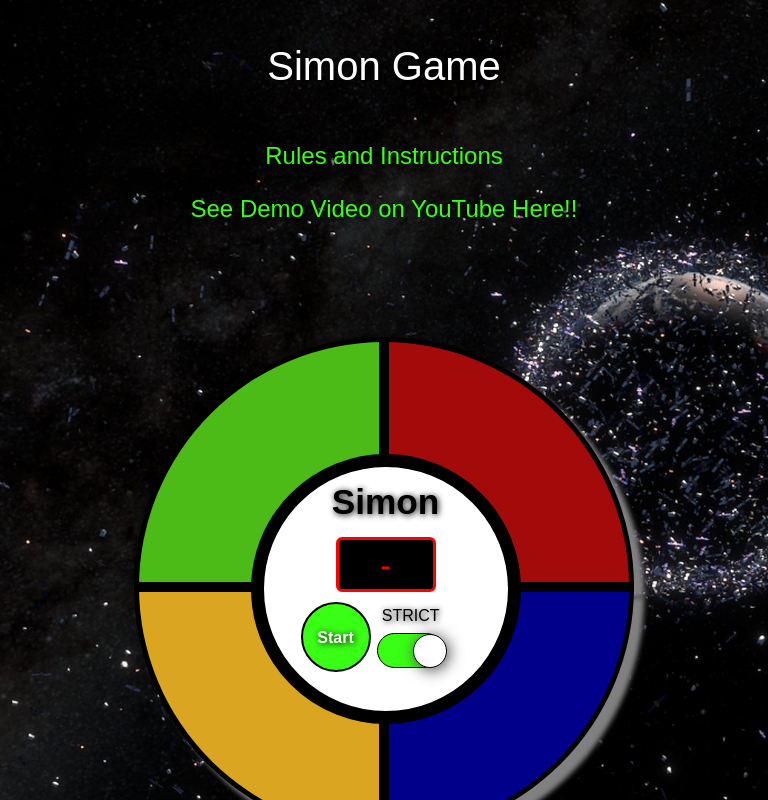
Repository: cgaynor91/Simon-Memory-Game
Page: index.html
The author's editor kept a record of every edit. The page is drawn from the files as they stood at one moment, then again after the next edit.
The browser window is 768 px wide. The pictures show the whole page.
An inner scrolling area shows only its first screen. Some web fonts or font styles are not loaded; a fallback is used.

Above is the page before.

### index.html
<!DOCTYPE html>
<html lang="en">

<head>
  <meta charset="UTF-8">
  <meta name="viewport" content="width=device-width, initial-scale=1.0">
  <meta http-equiv="X-UA-Compatible" content="ie=edge">
  <title>Simon Memory Game</title>

  <!-- Style sheets -->
  <link rel="stylesheet" href="https://stackpath.bootstrapcdn.com/bootstrap/4.3.1/css/bootstrap.min.css">
  <link href="https://fonts.googleapis.com/css?family=Fascinate+Inline&display=swap" rel="stylesheet" type="text/css">
  <link class="favicon" rel="icon" href="assets/images/favicon.ico" type="image/ico">

  <link rel="stylesheet" href="assets/css/style.css">

</head>


<body>
  <!-- Main Container -->

  <div class="container-fluid header">
    <!--main container-->
    <div class="row">
      <div class="col">
        <h1 class="m-4 py-2">Simon Game</h1>
      </div>
    </div>


    <!-- Button trigger modal - adapted from getbootstrap.com -->
    <button type="button" class="btn btn-modal" data-toggle="modal" data-target="#exampleModal">
  Rules and Instructions
</button>

    <!-- Modal -->
    <div class="modal fade" id="exampleModal" tabindex="-1" role="dialog" aria-labelledby="exampleModalLabel" aria-hidden="true">
      <div class="modal-dialog" role="document">
        <div class="modal-content">
          <div class="modal-header px-0 pl-4">
            <h3 class="modal-title" id="ModalLabel">Rules & Instructions</h3>
            <button type="button" class="close" data-dismiss="modal" aria-label="Close">
          <span aria-hidden="true">&times;</span>
        </button>
          </div>
          <div class="modal-body">
            <p class="text-center"> Think fast... SIMON says, "Chase my flashing lights and sounds"!</p> <br> The challenge is to repeat the ever-increasing random signals that SIMON generates.<br>
            <h4 class="text-center"> How To Play?</h4><br> 1. Press green START button; SIMON will give the first signal.<br> 2. Repeat the signal by pressing the same pad.<br> 3. SIMON will duplicate the first signal and will add one.<br> 4. Repeat these two signals by pressing
            the same colour pads.<br> 5. SIMON will duplicate these first two signals and add one.<br> 6. You must reach 20 to win.<br><br>

            <h4 class="text-center"> Strict Mode</h4><br> When Strict mode is selected you cannot get your sequence wrong at any point or your game will be reset back to the start

          </div>
          <div class="modal-footer">
            <button type="button" class="btn btn-modal" data-dismiss="modal">Close</button>
          </div>
        </div>
      </div>
    </div>

    <div class="row">
      <div class="rules-col col">
        <a href="https://www.youtube.com/watch?v=1Yqj76Q4jJ4" target="_blank">See Demo Video on YouTube Here!!</a>
      </div>
    </div>

    <!-- will hold the simon board -->
    <div class="container-fluid outer-circle">
      <div class="row">
        <div class="col simon-board">
          <div class="pads">
            <div id="greenpad" class="pad green-pad"></div>
            <div id="redpad" class="pad red-pad"></div>
            <div id="yellowpad" class="pad yellow-pad"></div>
            <div id="bluepad" class="pad blue-pad"></div>
          </div>

          <!-- inner -circle of board containg number counter and switches -->

          <div class="inner-circle">
            <div class="label">Simon</div>
            <div id="turn" class="display">-</div>
            <div id="start" class="start-button">Start</div>
            <div class="container strict">
              <div class="strict-label">
                <p>STRICT</p>
                <div class="strict-switch">
                  <input type="checkbox" id="strict" class="toggle" checked/>
                </div>
              </div>
            </div>
          </div>
        </div>
      </div>
    </div>
  </div>

  <div class="container-fluid footer">
    <div class="row justify-content-center">
      <p>Website created by Claire Gaynor &copy;
        <br> For educational purposes only.</p>
    </div>
  </div>

  <!-- Audio Clips -->
  <audio id="sound-green" src="assets/sounds/green.mp3"></audio>
  <audio id="sound-red" src="assets/sounds/red.mp3"></audio>
  <audio id="sound-yellow" src="assets/sounds/yellow.mp3"></audio>
  <audio id="sound-blue" src="assets/sounds/blue.mp3"></audio>
  <audio id="game-win" src="assets/sounds/game-win.wav"></audio>
  <audio id="game-over" src="assets/sounds/game-over.wav"></audio>



  <!-- Scripts located at the bottom of the body to ensure quick page loading -->
  <script src="https://cdnjs.cloudflare.com/ajax/libs/jquery/3.4.1/jquery.slim.min.js"></script>
  <script src="https://ajax.googleapis.com/ajax/libs/jquery/3.3.1/jquery.min.js"></script>
  <script src="https://cdnjs.cloudflare.com/ajax/libs/popper.js/1.15.0/umd/popper.min.js"></script>
  <script src="https://stackpath.bootstrapcdn.com/bootstrap/4.3.1/js/bootstrap.min.js"></script>
  <script src="assets/js/script.js"></script>



</body>

</html>

### assets/css/style.css
@import url('https://fonts.googleapis.com/css?family=Fascinate+Inline:100,200,300,400,500,600,700');


html,

body {
  width: 100%;
  height: 100%;
  margin: 0;
  padding: 0;
  overflow-x: hidden;
  background-image: url("../images/bgimage.jpg");
  background-color: #161677;
  background-size: cover;
  font-family: 'Fascinate inline', sans-serif;
  text-shadow: 1px 1px 6px #000000;
}

.row {
  text-align: center;
  padding: 10px;
  margin: 0;
  width: 100%;
  height: 100%;
}

a {
  color: #39ff14;
  padding-top: 5px;
  font-size: 1.5em;
}

a:hover {
  color: #fff;
  text-decoration: none;
}

.rules-col {
  margin-bottom: 50px;
}

h1 {
  color: #fff;
  margin-top: 10px;
}

.label {
  position: absolute;
  font-size: 2.2em;
  color: #000;
  font-weight: bold;
  margin-top: 10px;
}


/* Modal */

.modal-content {
  background-image: url("../images/bgimage.jpg");
  text-align: left;
  font-size: 1.2em;
  color: #39ff14;
}

.btn-modal {
  color: #39ff14;
  padding-top: 5px;
  font-size: 1.5em;
}

.btn-modal:hover {
  color: #fff;
}

/* Containers */

.header {
  color: white;
  text-align: center;
}

.outer-circle {
  padding: 0;
  margin: auto;
  width: 100%;
  height: 100vw;
  max-width: 600px;
  max-height: 600px;
  border-radius: 50%;
  background-color: transparent;
  margin-bottom: 230px;
  display: flex;
}


.strict {
  position: absolute;
  margin-top: 149px;
  margin-left: 50px;
  padding: 0px;
  width: 29%;
  line-height: 0;
}


.footer {
  color: #fff;
}


/* Controls */

.inner-circle {
  display: -webkit-box;
  display: -ms-flexbox;
  display: flex;
  -webkit-box-pack: center;
  -ms-flex-pack: center;
  justify-content: center;
  position: absolute;
  background-color: #fff;
  top: 27%;
  left: 27%;
  width: 46vw;
  height: 46vw;
  max-width: 270px;
  max-height: 270px;
  border: solid 13px #000;
  border-radius: 50%;
  line-height: 50px;
  box-sizing: border-box;
  -moz-box-sizing: border-box;
  -webkit-box-sizing: border-box;
}


#turn {
  position: absolute;
  top: 70px;
  max-width: 100px;
  max-height: 55px;
  color: #ff0000;
  background-color: #000;
  width: 39vw;
  height: 11vw;
  margin: auto;
  border: solid 3px #ff0000;
  border-radius: 6px;
  font-size: 2em;
}

.start-button {
  float: left;
  margin-right: 100px;
  margin-top: 135px;
  padding: 10px;
  line-height: 3em;
  font-weight: bold;
  background-color: #39ff14;
  height: 70px;
  width: 70px;
  border-radius: 50%;
  border: solid 2px #000;
}

.start-button:active {
  background-color: #ccff00;
}

.strict-switch {
  margin-top: 17px;
}

.strict-label {
  color: #000;
}

input[type="checkbox"] {
  position: relative;
  width: 67px;
  height: 35px;
  -webkit-appearance: none;
  -moz-appearance: none;
  -o-appearance: none;
  appearance: none;
  background: #3e8231;
  border: solid 1px #000;
  border-radius: 25vw;
}

input:checked[type="checkbox"] {
  background-color: #39ff14;
}

input[type="checkbox"]:before {
  content: "";
  position: absolute;
  height: 34px;
  width: 34px;
  border-radius: 50%;
  border: solid .5px #000;
  background-color: #fff;
  box-shadow: 2px 2px 15px #444;
}

input:checked[type="checkbox"]:before {
  left: 35px;
}


/* Simon Board Pad Colours */

.pad {
  float: left;
  position: relative;
  width: 50%;
  height: 50vw;
  border: solid 12px #000;
  max-width: 300px;
  max-height: 300px;
  -moz-box-sizing: border-box;
  -webkit-box-sizing: border-box;
  box-shadow: 1px 1px 12px #000000;

}


#greenpad {
  position: absolute;
  height: 250px;
  width: 250px;
  border-radius: 250px 0 0 0;
  -moz-border-radius: 250px 0 0 0;
  -webkit-border-radius: 250px 0 0 0;
  background: #4CBB17;
  top: 50%;
  left: 50%;
  margin: -250px 0px 0px -250px;
  border-style: solid;
  border-width: 5px;
  box-sizing: border-box;
  -moz-box-sizing: border-box;
  -webkit-box-sizing: border-box;
}

#redpad {
  position: absolute;
  height: 250px;
  width: 250px;
  -moz-border-radius: 0 250px 0 0;
  -webkit-border-radius: 0 250px 0 0;
  background: #a30b0b;
  top: 50%;
  left: 50%;
  margin: -250px 0px 0px 0px;
  border-style: solid;
  border-width: 5px;
  box-shadow: 10px 10px 5px grey;
  box-sizing: border-box;
  -moz-box-sizing: border-box;
  -webkit-box-sizing: border-box;
}

#yellowpad {
  position: absolute;
  height: 250px;
  width: 250px;
  -moz-border-radius: 0 0 0 250px;
  -webkit-border-radius: 0 0 0 250px;
  background: #daa520;
  top: 50%;
  left: 50%;
  margin: 0px -250px 0px -250px;
  border-style: solid;
  border-width: 5px;
  box-sizing: border-box;
  box-shadow: 10px 10px 5px grey;
  -moz-box-sizing: border-box;
  -webkit-box-sizing: border-box;
}

#bluepad {
  position: absolute;
  height: 250px;
  width: 250px;
  -moz-border-radius: 0 0 250px 0;
  -webkit-border-radius: 0 0 250px 0;
  background: #00008b;
  top: 50%;
  left: 50%;
  margin: 0px 0px -250px 0px;
  border-style: solid;
  border-width: 5px;
  box-sizing: border-box;
  box-shadow: 10px 10px 5px grey;
  -moz-box-sizing: border-box;
  -webkit-box-sizing: border-box;
}

/* Media Queires */

@media only screen
and (min-device-width : 375px)
and (max-device-width : 812px)
and (-webkit-device-pixel-ratio : 3) {

  .label {
    font-size: 6vw;

  }

  #turn {
        top: 13vw;
        width: 13vw;
        height: 9vw;
        font-size: 5vw;
        line-height: 7vw;
        border-radius: 2.3vw;
  }

  #start {
      font-size: 2.7vw;
        height: 11.3vw;
        width: 11.3vw;
        margin-right: 16.2vw;
        margin-top: 22.8vw;
        padding: 1.6vw 1.4vw;
  }

  .strict-label{
       font-size: 2.7vw;
        height: 23vw;
        width: 11.3vw;


  }
}

### assets/js/script.js
// Variables

let order = [];
let playerOrder = [];
let flash, turn, good, compTurn, intervalId, win;
let strict = true;
let volume = true;

// Variables targeted using jquery

const turnCounter = document.getElementById("turn");
const pad = document.getElementById("pad");
const greenPad = document.getElementById("greenpad");
const redPad = document.getElementById("redpad");
const yellowPad = document.getElementById("yellowpad");
const bluePad = document.getElementById("bluepad");
const strictButton = document.getElementById("strict");
const startButton = document.getElementById("start");



// Adapt game to play in strict mode if selected

$(strictButton).on('click', function() {
  if (strictButton.checked === true) {
    strict = true;
    turn = 1;
    clearInterval(intervalId);
    if ($(turnCounter).text() == "-") {
      $(turnCounter).text("-");
    }
    else {
      $(turnCounter).text("0");
    }
    setTimeout(function() {
      clearColor();
    }, 800);
  }
  else {
    strict = false;
  }
});


// Intialize Game when start button clicked

$(startButton).on("click", function() {
  clearInterval(intervalId);
  playGame();
});

// This function runs when it is time for the computer to generate a sequence.


function playGame() {
  intervalId = 0;
  win = false;
  $(turnCounter).text("1");
  playerOrder = [];
  turn = 1;
  flash = 0;
  good = true;
  for (var i = 0; i < 20; i++) {
    order.push(Math.floor(Math.random() * 4) + 1);
  }
  compTurn = true;

  intervalId = setInterval(gamePlay, 800);
}

/* A function to identify if it is the player's turn or the computer's turn.
The amount of flashes must match the number in the turn counter - sequence stops and is logged.
The comptuer reproduces a sequence and checks light id and applies correct light and sound function
Code here is partly taken from a tutorial on youtube by freecodecamp(credits & link in Readme)*/

function gamePlay() {

  if (flash == turn) {
    clearInterval(intervalId);
    compTurn = false;
    clearColor();
  }

  if (compTurn) {
    clearColor();
    setTimeout(function() {
      if (order[flash] == 1) one();
      if (order[flash] == 2) two();
      if (order[flash] == 3) three();
      if (order[flash] == 4) four();
      flash++;
    }, 200);
  }
}

// Functions that generate lights and sounds for all four pads

function one() {
  if (volume) {
    let audio = document.getElementById("sound-green");
    audio.play();
  }
  volume = true;
  greenPad.style.backgroundColor = "#39ff14";
}

function two() {
  if (volume) {
    let audio = document.getElementById("sound-red");
    audio.play();
  }
  volume = true;
  redPad.style.backgroundColor = "#B22222";
}

function three() {
  if (volume) {
    let audio = document.getElementById("sound-yellow");
    audio.play();
  }
  volume = true;
  yellowPad.style.backgroundColor = "#FFFF00";
}

function four() {
  if (volume) {
    let audio = document.getElementById("sound-blue");
    audio.play();
  }
  volume = true;
  bluePad.style.backgroundColor = "#0000ff";
}

// Returns pads to their original state

function clearColor() {
  greenPad.style.backgroundColor = "#4CBB17";
  redPad.style.backgroundColor = "#a30b0b";
  yellowPad.style.backgroundColor = "#daa520";
  bluePad.style.backgroundColor = "#00008b";
}

// Function to cause all colours to flash at the same time

function flashColor() {
  greenPad.style.backgroundColor = "#39ff14";
  redPad.style.backgroundColor = "#B22222";
  yellowPad.style.backgroundColor = "#FFFF00";
  bluePad.style.backgroundColor = "#0000FF";
}

// Functions for wqhen each pads are clicked.
// By clicking one pad, a number is pushed into the player sequence array
// Colour clears after set time

$(greenPad).on('click', function() {
  playerOrder.push(1);
  check();
  one();
  if (!win) {
    setTimeout(function() {
      clearColor();
    }, 400);
  }
});

$(redPad).on('click', function() {
  playerOrder.push(2);
  check();
  two();
  if (!win) {
    setTimeout(function() {
      clearColor();
    }, 400);
  }
});

$(yellowPad).on('click', function() {
  playerOrder.push(3);
  check();
  three();
  if (!win) {
    setTimeout(function() {
      clearColor();
    }, 400);
  }
});

$(bluePad).on('click', function() {
  playerOrder.push(4);
  check();
  four();
  if (!win) {
    setTimeout(function() {
      clearColor();
    }, 400);
  }
});

// Function created to check and see if
// 1. The colour sequence is followed incorrectly
// 2. If player sequence matches the turn counter
// 3. If the player has completed 20 levels to win game
// 4. Also if strict mode is actve and the player has lost a game

function check() {
  if (playerOrder[playerOrder.length - 1] !== order[playerOrder.length - 1])
    good = false;

  if (playerOrder.length == 20 && good) {
    winGame();
  }

  if (good == false) {
    flashColor();
    $(turnCounter).text("NO!");
    let audio = document.getElementById("game-over");
    audio.play();
    setTimeout(function() {
      $(turnCounter).text((turn) - 1);
      clearColor();

      if (strict) {
        playGame();
      }
      else {
        compTurn = true;
        flash = 0;
        playerOrder = [];
        good = true;
        intervalId = setInterval(gamePlay, 800);
      }
    }, 800);

    volume = false;
  }

  else if (turn == playerOrder.length && good && !win) {
    turn++;
    playerOrder = [];
    compTurn = true;
    flash = 0;
    $(turnCounter).text((turn) - 1);
    intervalId = setInterval(gamePlay, 800);
  }
}

// Function is called upon if the player wins the game - displaying "WIN!" in the counter and playing audio

function winGame() {
  flashColor();
  $(turnCounter).text("WIN!");
  win = true;
  setTimeout(function() {
    let audio = document.getElementById("game-win");
    audio.play();
  }, 800);
}

After the next edit:
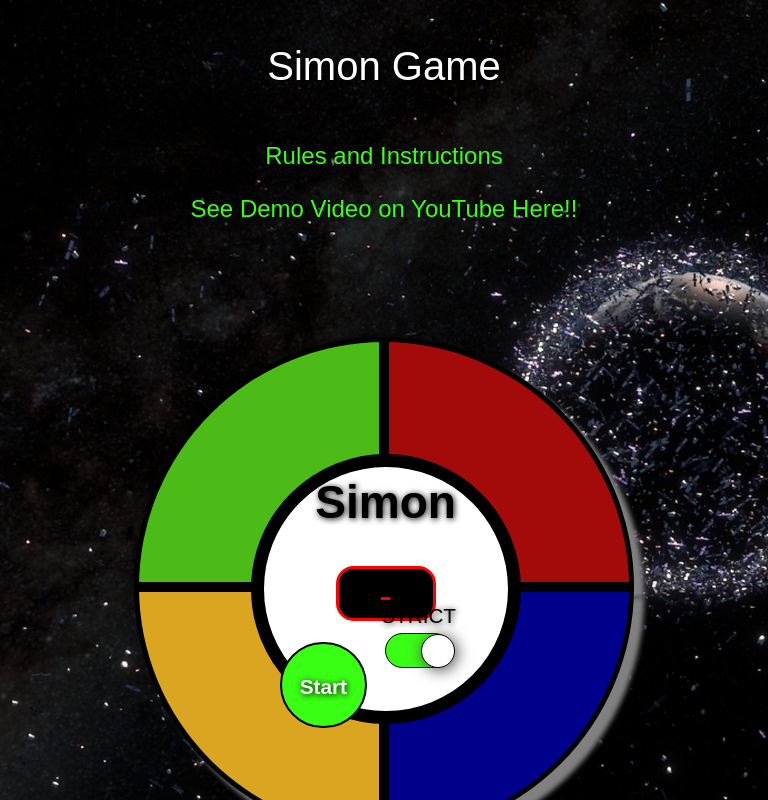
The edit:
--- a/assets/css/style.css
+++ b/assets/css/style.css
@@ -299,10 +299,8 @@
 
 /* Media Queires */
 
-@media only screen
-and (min-device-width : 375px)
-and (max-device-width : 812px)
-and (-webkit-device-pixel-ratio : 3) {
+@media screen and (max-device-width : 812px)
+ {
 
   .label {
     font-size: 6vw;
